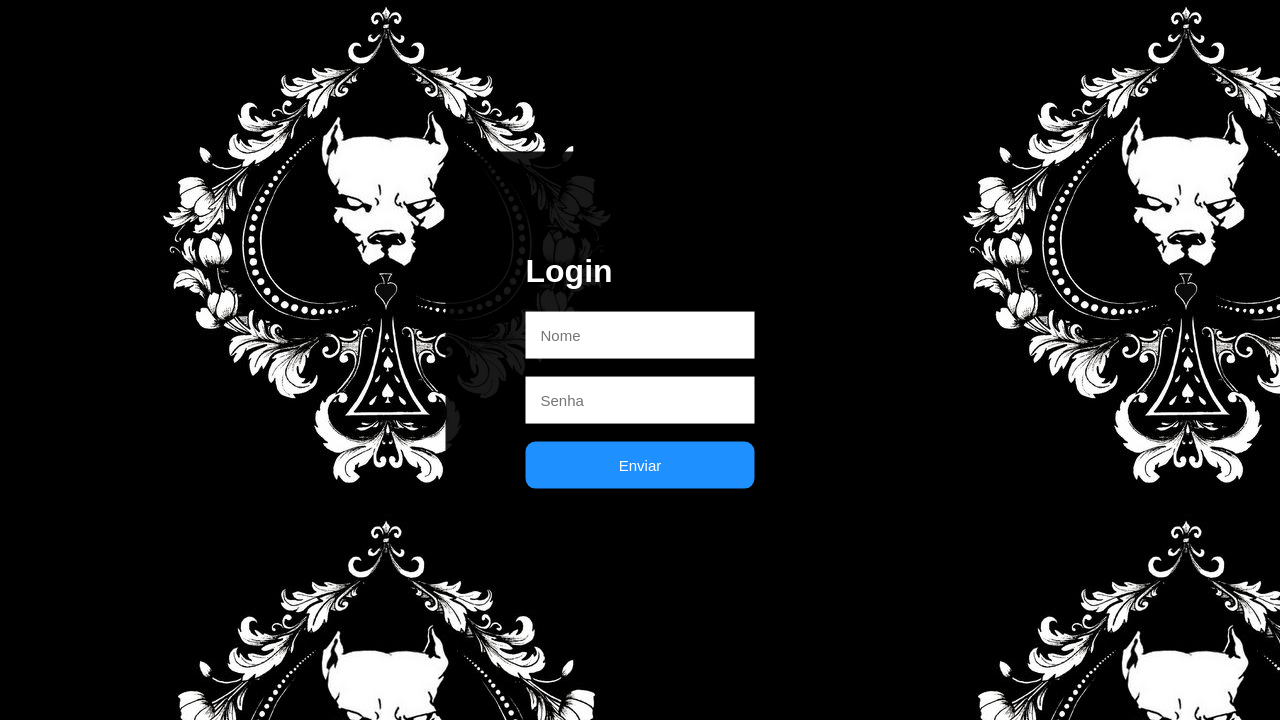
Repository: Vitor4863/Projeto-MetalBull
Page: http://localhost/MetalBull/
The author's editor kept a copy of each file at every save. The page is drawn from the files as they stood at one save, then again after the next save.
The browser window is 1280 px wide. The page is 1280 px wide, then 1288 px, so the pictures cover 1288 px, including what lies to the right of the window. The pictures show the whole page.
The page is served by Tomcat 9. Other server files are loaded and not shown.

Above is the page before, as saved 2022-06-23 21:44:31.

### MetalBull/src/main/webapp/index.jsp
<%@ page language="java" contentType="text/html; charset=ISO-8859-1"
    pageEncoding="ISO-8859-1"%>
<!DOCTYPE html>
<html>
<head>
<meta charset="ISO-8859-1">
<title>Insert title here</title>
</head>
<body>
 <style>
        body{
            font-family: Arial, Helvetica, sans-serif;
           background-image: url("Image/pit2.jpg");
        }
        div{
            background-color: rgba(0, 0, 0, 0.9);
            position: absolute;
            top: 50%;
            left: 50%;
            transform: translate(-50%,-50%);
            padding: 80px;
            border-radius: 15px;
            color: #fff;
        }
        input{
            padding: 15px;
            border: none;
            outline: none;
            font-size: 15px;
        }
        button{
            background-color: dodgerblue;
            border: none;
            padding: 15px;
            width: 100%;
            border-radius: 10px;
            color: white;
            font-size: 15px;

        }
        button:hover{
            background-color: deepskyblue;
            cursor: pointer;
        }
    </style>
</head>
<body>
    <div>
        <h1>Login</h1>
        <input type="text" placeholder="Nome">
        <br><br>
        <input type="password" placeholder="Senha">
        <br><br>
        <button>Enviar</button>
    </div>
</body>
</html>

After the next save:
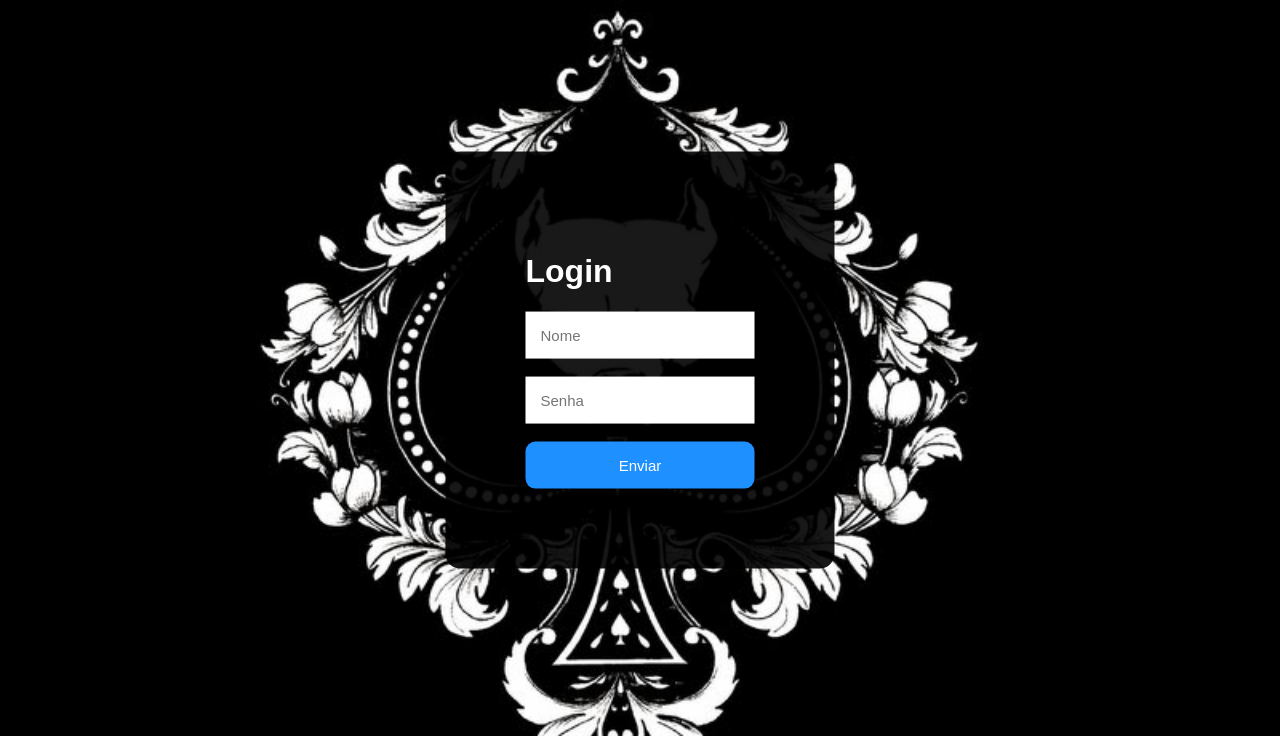
Saved 38 s later.
--- a/MetalBull/src/main/webapp/index.jsp
+++ b/MetalBull/src/main/webapp/index.jsp
@@ -11,6 +11,10 @@
         body{
             font-family: Arial, Helvetica, sans-serif;
            background-image: url("Image/pit2.jpg");
+           background-repeat: no-repeat;
+	background-size: cover;
+	width: 100vw;
+	height: 100vh;
         }
         div{
             background-color: rgba(0, 0, 0, 0.9);
